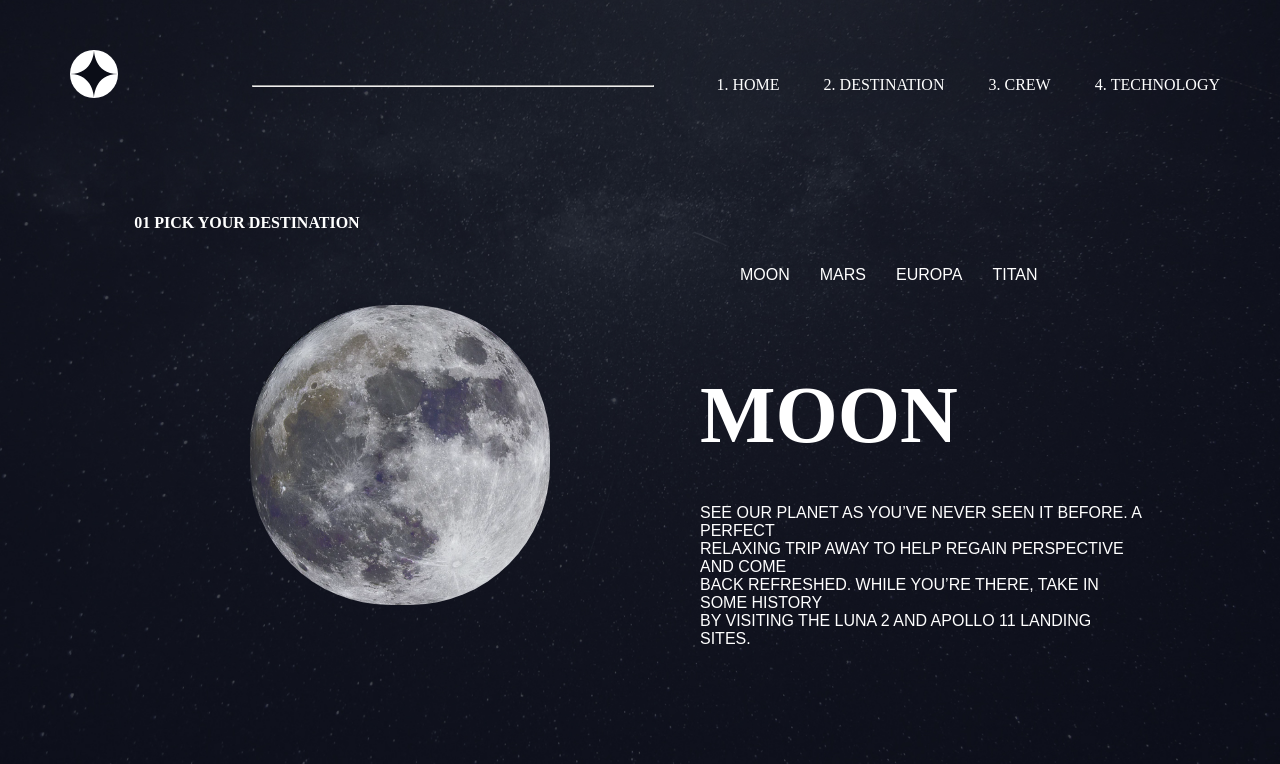
Repository: batonAnton/space_tourism
Page: destination.html
An editor plug-in stored every save of this project. The page is shown before and after the next save, followed by the edit.
The browser window is 1280 px wide. The pictures show the whole page.
Some web fonts or font styles are not loaded; a fallback is used.

Above is the page before, as saved 2022-05-20 11:04:26.

After the next save:
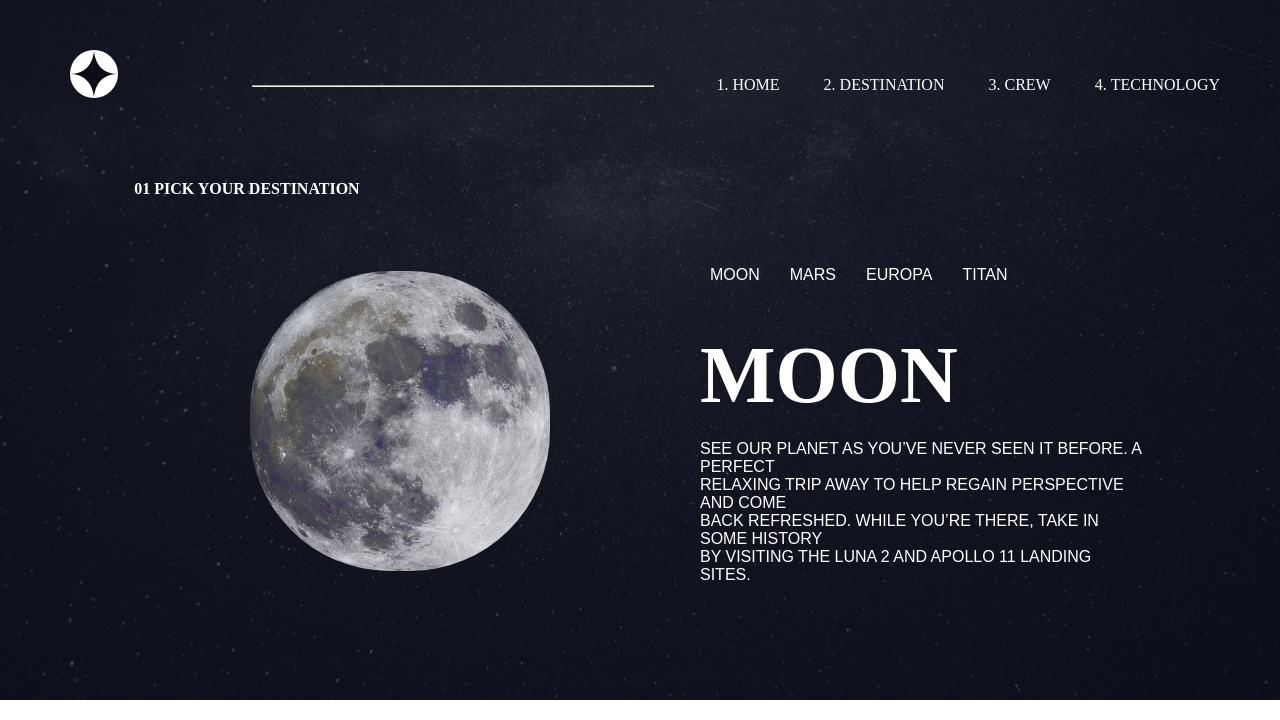
Saved 7 min 31 s later.
--- a/css/style2 .css
+++ b/css/style2 .css
@@ -86,39 +86,40 @@ li {
   margin: 130px 100px 100px 150px;
 }
 
- /* navbar planet */
+/* navbar planet */
 .nav_planet {
   position: relative;
   float: right;
   clear: none;
   text-transform: uppercase;
-  font-family: 'Barlow Condensed', sans-serif;
+  font-family: "Barlow Condensed", sans-serif;
   font-size: 1rem;
   color: #ffffff;
 }
 
-ul{
-    list-style-type: none;
-    display: inline-flex;
+ul {
+  list-style-type: none;
+  display: inline-flex;
 }
 
 .nav_planet a {
   text-decoration: none;
-  font-family: 'Barlow Condensed', sans-serif;
+  font-family: "Barlow Condensed", sans-serif;
   font-size: 1rem;
   color: #ffffff;
 }
 
 .nav_planet li {
-    padding: 0px 30px 0px 0px;
-    color: #ffffff;
-    text-align: left;
-  }
+  padding: 0px 60px 0px 0px;
+  margin-left: -30px;
+  color: #ffffff;
+  text-align: left;
+}
 
 .h2_planet {
   height: 1px;
   display: block;
-  margin: -176px 0px 90px -193px;
+  margin: -210px 0px 90px -193px;
   font-size: 16px;
 }
 
@@ -145,8 +146,8 @@ h1 {
   font-size: 5rem;
   height: 80px;
   text-align: left;
-  margin-top: 70px;
   width: 333px;
+  margin: 30px 0px;
 }
 
 p {
